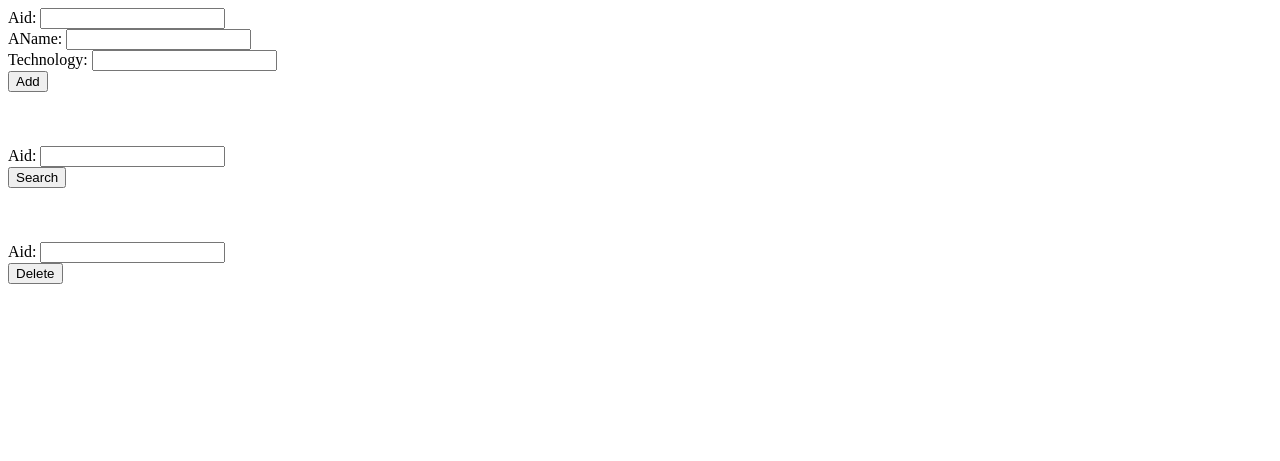
Repository: kjavvaji/SpringBoot
Page: http://localhost/SpringBootJPA2/home.jsp
An editor plug-in stored every save of this project. The page is shown before and after the next save, followed by the edit.
The browser window is 1280 px wide. The pictures show the whole page.
The page is served by Tomcat 9.

Above is the page before, as saved 2019-08-23 13:38:51.

After the next save:
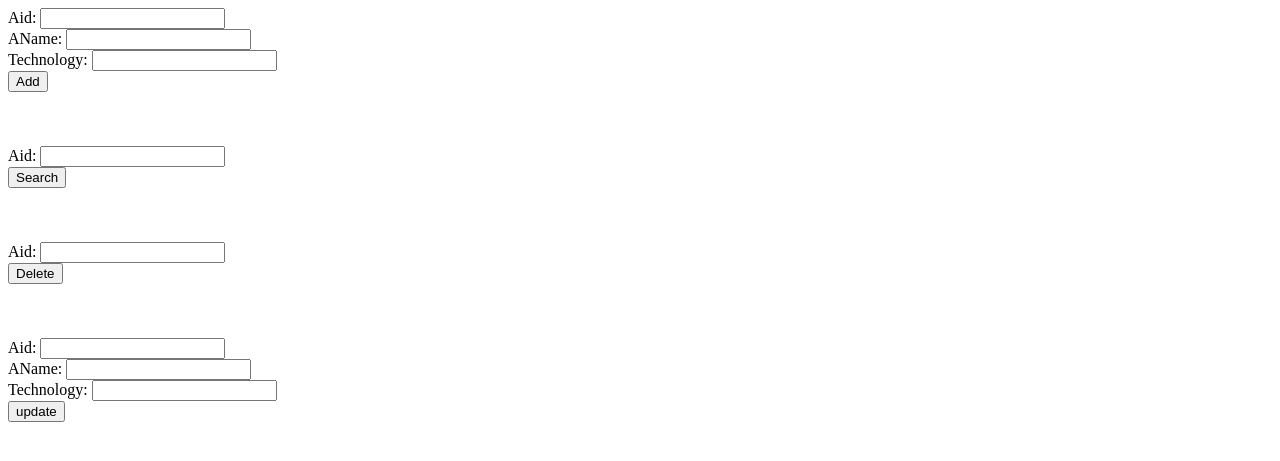
Saved 5 min 4 s later.
--- a/SpringBootJPA2/src/main/webapp/home.jsp
+++ b/SpringBootJPA2/src/main/webapp/home.jsp
@@ -21,12 +21,22 @@
 					  <input type="submit" value="Search">
 		</form>
 		<br><br><br>
+
 		<form action="delAlien">
 
 				      Aid:  <input type ="text" name ="aid"><br>
 
 					  <input type="submit" value="Delete">
 		</form>
+		<br><br><br>
+		<form action="updateAlien">
+				      Aid:  <input type ="text" name ="aid"><br>
+					  AName:	 <input type="text" name ="aName"><br>
+					  Technology:	 <input type="text" name ="tech"><br>
+				<input type="submit" value="update">
+		</form>
+		<br><br><br>
+
 
 </body>
 </html>
